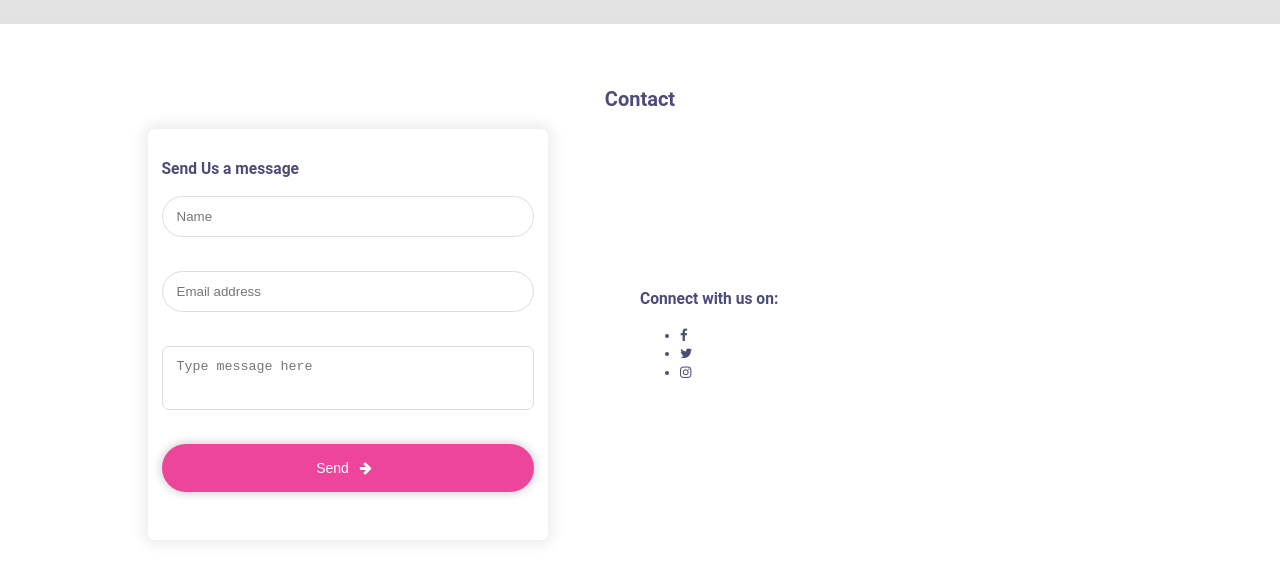
Repository: wisdomspine/emmatech-website
Page: index.html
These files come from the project's save history. The page is drawn as it stood at one moment and after the next save; the edit follows.
The browser window is 1280 px wide. The pictures show the part of the page from y = 1532 to 2132 px (the page is 2116 px tall before and 2132 px after).
A picture or video elsewhere on the page could not be fetched, so the positions and the page height are approximate.

Above is the page before, as saved 2020-11-02 12:38:31.

After the next save:
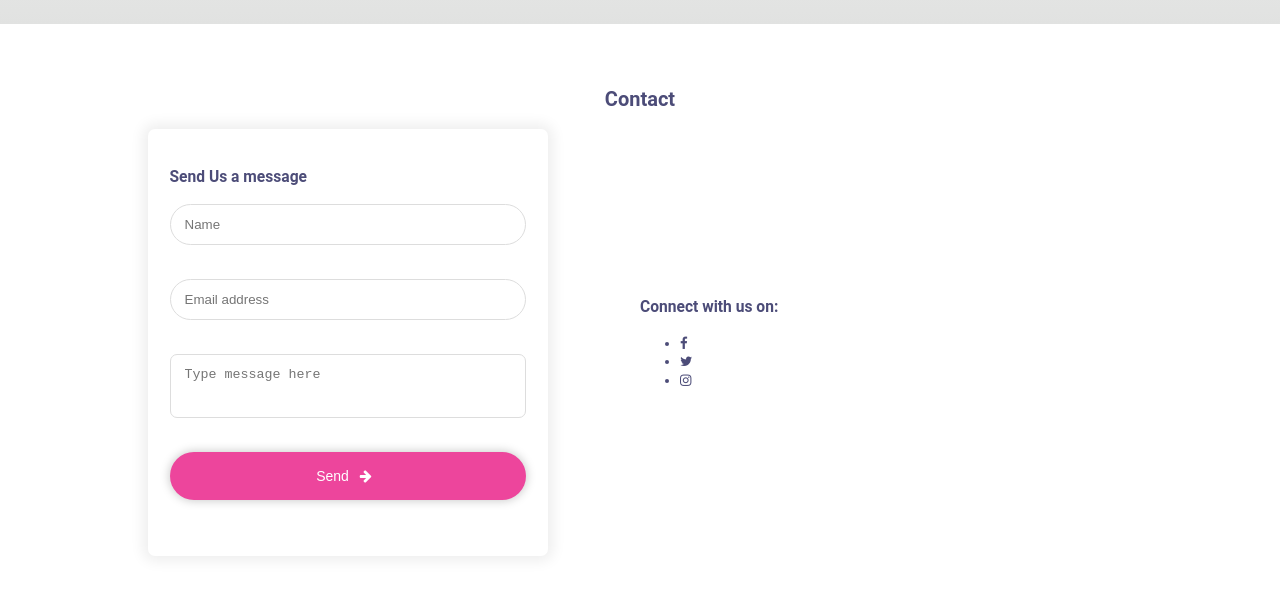
Saved 3 min 32 s later.
--- a/assets/styles/index.css
+++ b/assets/styles/index.css
@@ -117,7 +117,7 @@
     max-width: 500px;
     min-width: 400px;
     box-shadow: 0px 0px 14px 5px #eeeeee;
-    padding: 14px;
+    padding: 22px;
     border-radius: 7px;
 }
 
